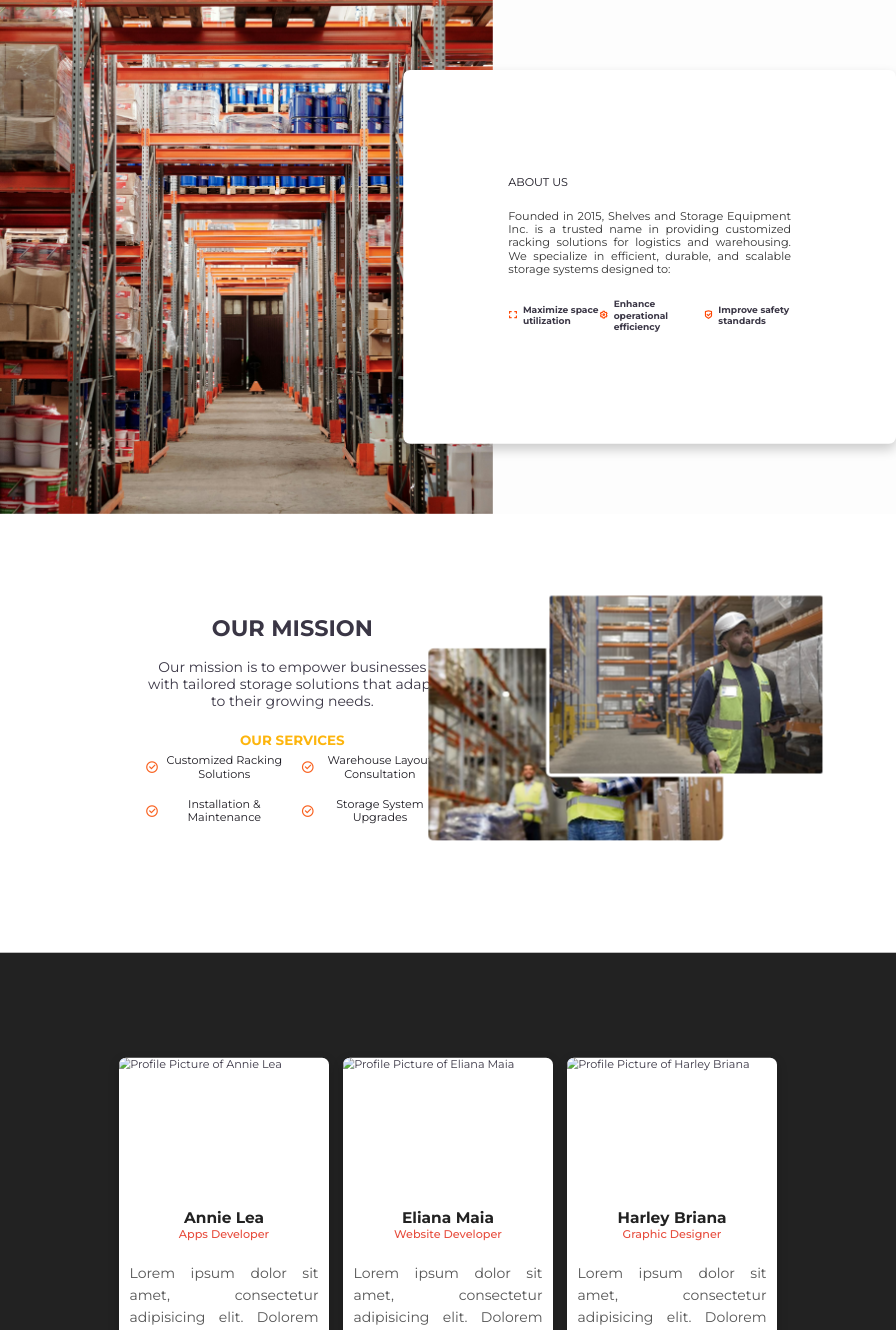
Repository: jahatesu/shelves-and-storage-equipment
Page: index.html
The author's editor kept a copy of each file at every save. The page is drawn from the files as they stood at one save, then again after the next save.
The browser window is 1280 px wide. The pictures show the part of the page from y = 720 to 2620 px (the page is 7721 px tall before and 7735 px after), at 70% of full size.
A picture or video elsewhere on the page could not be fetched, so the positions and the page height are approximate. Backgrounds fixed to the window are drawn as part of the page. Some web fonts or font styles are not loaded; a fallback is used. Some web libraries are served in a nearby version.

Above is the page before, as saved 2025-01-25 19:38:21.
Console error: TypeError: Cannot read properties of null (reading 'querySelector')

### index.html
<!DOCTYPE html>
<html lang="en">
<head>
    <meta charset="UTF-8">
    <meta name="viewport" content="width=device-width, initial-scale=1.0">
    <!-- Remix Icons -->
    <link rel="stylesheet" href="https://cdnjs.cloudflare.com/ajax/libs/remixicon/4.2.0/remixicon.css">
    <!-- Swiper CSS -->
    <link rel="stylesheet" href="assets\js\swiper-bundle.min.js" />
    <!-- CSS -->
    <link rel="stylesheet" href="style.css">
    <script src="https://cdnjs.cloudflare.com/ajax/libs/jquery/3.7.1/jquery.min.js"></script>
    <title>Shelves and Storage</title>
    <link rel="stylesheet" href="https://fonts.googleapis.com/css?family=Material+Symbols+Rounded&opsz,wght,FILL,GRAD@48,400,0,0" />
    <script  src="https://kit.fontawesome.com/64d58efce2.js" crossorigin="anonymous" ></script>
</head>

<body>

    <!-- Navigation Bar -->
    <header class="transparent">
        <div class="logo">
            <img src="assets\images\logo.png" alt="Shelves and Storage Logo">
        </div>

        <div class="navigation">
            <input type="checkbox" id="nav-checkbox">
            <label for="nav-checkbox" class="nav-toggle">
                <i class="ri-menu-fill"></i>
            </label>

            <ul class="nav-menu">
                <li><a href="#">Home</a></li>
                <li><a href="#">About Us</a></li>
                <li><a href="#">Services</a></li>
                <li><a href="#">Products</a></li>
                <li><a href="#">Contact Us</a></li>
            </ul>
        </div>
    </header>

    <!-- Hero Section -->
    <div class="hero">
        <h1 class="animate__animated animate__fadeInDown">Shelves and Storage Equipment</h1>
        <h3 class="animate__animated animate__fadeInUp">Storage and Racking Expert</h3>
    </div>

    <!-- about -->

    <div class="about-section">
        <div class="inner-container">
            <h1>ABOUT US</h1>
            <p class="text">
                Founded in 2015, Shelves and Storage Equipment Inc. is a trusted name in providing customized racking solutions for logistics and warehousing. We specialize in efficient, durable, and scalable storage systems designed to:
            </p>
            <ul class="skills">
    <li><i class="ri-fullscreen-line"></i> Maximize space utilization</li>
    <li><i class="ri-settings-3-line"></i> Enhance operational efficiency</li>
    <li><i class="ri-shield-check-line"></i> Improve safety standards</li>
</ul>
        </div>
    </div>

<!-- About Section -->
<section class="about section" id="about">
    <div class="about_container container grid">
        <div class="about_data">
            <h2 class="section_title">OUR MISSION</h2>
            <p class="about_description">
                Our mission is to empower businesses with tailored storage solutions that adapt to their growing needs.
            </p>
            <span class="section_subtitle">OUR SERVICES</span>
            <ul class="about_list grid">
                <li class="about_list-item">
                    <i class="ri-checkbox-circle-line"></i>
                    <span>Customized Racking Solutions</span>
                </li>
                <li class="about_list-item">
                    <i class="ri-checkbox-circle-line"></i>
                    <span>Warehouse Layout Consultation</span>
                </li>
                <li class="about_list-item">
                    <i class="ri-checkbox-circle-line"></i>
                    <span>Installation & Maintenance
                    </span>
                </li>
                <li class="about_list-item">
                    <i class="ri-checkbox-circle-line"></i>
                    <span>Storage System Upgrades
                    </span>
                </li>
            </ul>
        </div>
        <div class="about_images">
            <img src="assets/images/about_img1.png" alt="image" class="about_img1">
            <img src="assets/images/about_img2.png" alt="image" class="about_img2">
        </div>
    </div>
</section>

<!-- Services Section -->
<div class="services-container">
    <div class="service-card">
      <div class="card-image">
        <img src="#" alt="Profile Picture of Annie Lea">
      </div>
      <div class="card-header">
        <h3 class="name">Annie Lea</h3>
        <p class="role">Apps Developer</p>
      </div>
      <div class="card-content">
        <p>Lorem ipsum dolor sit amet, consectetur adipisicing elit. Dolorem quaerat iusto adipisci reprehenderit quasi cum perspiciatis, minima reiciendis magni quam!</p>
      </div>
    </div>
    <div class="service-card">
      <div class="card-image">
        <img src="#" alt="Profile Picture of Eliana Maia">
      </div>
      <div class="card-header">
        <h3 class="name">Eliana Maia</h3>
        <p class="role">Website Developer</p>
      </div>
      <div class="card-content">
        <p>Lorem ipsum dolor sit amet, consectetur adipisicing elit. Dolorem quaerat iusto adipisci reprehenderit quasi cum perspiciatis, minima reiciendis magni quam!</p>
      </div>
    </div>
    <div class="service-card">
      <div class="card-image">
        <img src="#" alt="Profile Picture of Harley Briana">
      </div>
      <div class="card-header">
        <h3 class="name">Harley Briana</h3>
        <p class="role">Graphic Designer</p>
      </div>
      <div class="card-content">
        <p>Lorem ipsum dolor sit amet, consectetur adipisicing elit. Dolorem quaerat iusto adipisci reprehenderit quasi cum perspiciatis, minima reiciendis magni quam!</p>
      </div>
    </div>
  </div>

<!-- what we offer -->
<section class="services section" id="services">
    <div class="services_container container grid">
        <div class="services_data">
            <div>
                <span class="section_subtitle">WHAT WE OFFER</span>
                <h2 class="section_title">Heavy and Light Duty Racks System</h2>
            </div>
        </div>
        <div class="services_grid">
            <article class="services_card">
                <div class="services_icon">
                    <img src="/assets/images/driveInRack.jpg" alt="Drive in Rack">
                </div>
                <h3 class="services_title">Drive in Rack</h3>
                <p>
                    Forklifts drive into storage lanes, reducing aisle space. Perfect for bulk storage.
                </p>
            </article>
            <article class="services_card">
                <div class="services_icon">
                    <img src="assets/images/cantileverRack.jpg" alt="Cantilever Rack">
                </div>
                <h3 class="services_title">Cantilever Rack</h3>
                <p>
                    Ideal for long, bulky items. Easy loading and unloading, maximizes space. Available in single or double-sided options.
                </p>
            </article>
            <article class="services_card">
                <div class="services_icon">
                    <img src="assets/images/mezzanineFloorRack.jpg" alt="Mezzanine Floor">
                </div>
                <h3 class="services_title">Mezzanine Floor</h3>
                <p>
                    Cost-effective, customizable, and durable. Ideal for storage, offices, or production areas.
                </p>
            </article>
            <article class="services_card">
                <div class="services_icon">
                    <img src="assets/images/radioShuttle.jpeg" alt="Radio Shuttle">
                </div>
                <h3 class="services_title">Radio Shuttle Racking</h3>
                <p>
                    Optimize warehouse space and efficiency. Semi-automated, high-density storage. Fast pallet handling, both FIFO and LIFO.
                </p>
            </article>
        </div>
    </div>
</section>

<!-- products -->
<section class="projects section" id="projects">
    <h2 class="section_title_products">Our Products</h2>
    <div class="projects_container container grid">
        <article class="projects_card">
            <img src="assets/images/narrowAisle.jpg" alt="Narrow Aisle Pallet Racking" class="projects_img">
            <div class="projects_data">
                <h2 class="projects_title">Narrow Aisle Pallet Racking</h2>
            </div>
        </article>
        <article class="projects_card">
            <img src="assets/images/doubleDeep.jpg" alt="Double Deep Pallet Racking" class="projects_img">
            <div class="projects_data">
                <h2 class="projects_title">Double Deep Pallet Racking</h2>
            </div>
        </article>
        <article class="projects_card">
            <img src="assets/images/lightDuty.webp" alt="Light Duty Shelves" class="projects_img">
            <div class="projects_data">
                <h2 class="projects_title">Light Duty Shelves</h2>
            </div>
        </article>
        <article class="projects_card">
            <img src="assets/images/boltLess.webp" alt="Boltless Racks" class="projects_img">
            <div class="projects_data">
                <h2 class="projects_title">Boltless Racks</h2>
            </div>
        </article>
        <article class="projects_card">
            <img src="assets/images/counterBalance.jpg" alt="Tailift Counter Balance" class="projects_img">
            <div class="projects_data">
                <h2 class="projects_title">Tailift Counter Balance</h2>
            </div>
        </article>
        <article class="projects_card">
            <img src="assets/images/reachTruck.jpg" alt="Tailift Reach Truck" class="projects_img">
            <div class="projects_data">
                <h2 class="projects_title">Tailift Reach Truck</h2>
            </div>
        </article>
        <article class="projects_card">
            <img src="assets/images/palletRack.webp" alt="Pallet Rack" class="projects_img">
            <div class="projects_data">
                <h2 class="projects_title">Pallet Rack</h2>
            </div>
        </article>
        <article class="projects_card">
            <img src="assets/images/slottedRack.webp" alt="Slotted Rack" class="projects_img">
            <div class="projects_data">
                <h2 class="projects_title">Slotted Rack</h2>
            </div>
        </article>
        <article class="projects_card">
            <img src="assets/images/smRack.webp" alt="Supermarket Rack" class="projects_img">
            <div class="projects_data">
                <h2 class="projects_title">Supermarket Rack</h2>
            </div>
        </article>
        <article class="projects_card">
            <img src="assets/images/shoppingTrolley.jpg" alt="Shopping Trolley" class="projects_img">
            <div class="projects_data">
                <h2 class="projects_title">Shopping Trolley</h2>
            </div>
        </article>
        <article class="projects_card">
            <img src="assets/images/shoppingBasket.jpg" alt="Shopping Basket" class="projects_img">
            <div class="projects_data">
                <h2 class="projects_title">Shopping Basket</h2>
            </div>
        </article>
        <article class="projects_card">
            <img src="assets/images/binBoxes.jpg" alt="Bin Boxes" class="projects_img">
            <div class="projects_data">
                <h2 class="projects_title">Bin Boxes</h2>
            </div>
        </article>
        <article class="projects_card">
            <img src="assets/images/shelving.jpeg" alt="Shelving" class="projects_img">
            <div class="projects_data">
                <h2 class="projects_title">Shelving</h2>
            </div>
        </article>
        <article class="projects_card">
            <img src="assets/images/handPallet.webp" alt="Hand Pallet" class="projects_img">
            <div class="projects_data">
                <h2 class="projects_title">Hand Pallet</h2>
            </div>
        </article>
    </div>
</section>

<!-- contacts -->
<div class="container_contact">
    <span class="big-circle"></span>
    <img src="img/shape.png" class="square" alt="" />
    <div class="form">
      <div class="contact-info">
        <h3 class="title">Let's get in touch</h3>
        <p class="text">
          Lorem ipsum dolor sit amet consectetur adipisicing elit. Saepe
          dolorum adipisci recusandae praesentium dicta!
        </p>

        <div class="info">
          <div class="information">
            <img src="img/location.png" class="icon" alt="" />
            <p>Manila - Philippines</p>
          </div>
          <div class="information">
            <img src="img/email.png" class="icon" alt="" />
            <p>shelvesandstorage.ph@gmail.com<br>
                sseisales3@gmail.com</p>
          </div>
          <div class="information">
            <img src="img/phone.png" class="icon" alt="" />
            <p>0966 750 5869<br>
                (02) 8637 3371</p>
          </div>
        </div>

        <div class="social-media">
          <p>Connect with us :</p>
          <div class="social-icons">
            <a href="#">
              <i class="fab fa-facebook-f"></i>
            </a>
            <a href="#">
              <i class="fab fa-twitter"></i>
            </a>
            <a href="#">
              <i class="fab fa-instagram"></i>
            </a>
            <a href="#">
              <i class="fab fa-linkedin-in"></i>
            </a>
          </div>
        </div>
      </div>

      <div class="contact-form">
        <span class="circle one"></span>
        <span class="circle two"></span>

        <form action="index.html" autocomplete="off">
          <h3 class="title">Contact us</h3>
          <div class="input-container">
            <input type="text" name="name" class="input" />
            <label for="">Username</label>
            <span>Username</span>
          </div>
          <div class="input-container">
            <input type="email" name="email" class="input" />
            <label for="">Email</label>
            <span>Email</span>
          </div>
          <div class="input-container">
            <input type="tel" name="phone" class="input" />
            <label for="">Phone</label>
            <span>Phone</span>
          </div>
          <div class="input-container textarea">
            <textarea name="message" class="input"></textarea>
            <label for="">Message</label>
            <span>Message</span>
          </div>
          <input type="submit" value="Send" class="btn" />
        </form>
      </div>
    </div>
  </div>

  <!-- footer -->
  <footer class="footer">
    <div class="footer_container container grid">
        <div>
            <a href="#" class="footer_logo">
                <img src="assets\images\footerLogo.png" alt="footer logo">
            </a>

            <p class="footer_description">Storage and Racking Expert</p>

            <address class="footer_email">Email: shelvesandstorage.ph@gmail.com</address>
        </div>

        <div class="footer_content grid">
            <div>
                <h3 class="footer_title">Company</h3>
                <ul class="footer_links">
                    <li>
                        <a href="#about" class="footer_link">About Us</a>
                    </li>

                    <li>
                        <a href="#services" class="footer_link">Services</a>
                    </li>

                    <li>
                        <a href="#projects" class="footer_link">Projects</a>
                    </li>
                </ul>
        </div>

        <div>
            <h3 class="footer_title">Information</h3>
            <ul class="footer_list">
                <li>
                    <address class="footer_info">Manila - Philippines</address>
                </li>

                <li>
                </li>

            </ul>
    </div>

    <div>
        <h3 class="footer_title">Social Media</h3>

        <div class="footer_social">
            <a href="#" target="_blank" class="footer_social-link">
                <i class="ri-facebook-circle-line"></i>
            </a>

            <a href="#" target="_blank" class="footer_social-link">
                <i class="ri-instagram-line"></i>
            </a>

            <a href="#" target="_blank" class="footer_social-link">
                <i class="ri-twitter-x-line"></i>
            </a>
        </div>
</div>

    </div>

    <span class="footer_copy">

    </span>
</footer>

<script src="main.js">
</script>

</body>
</html>

Loaded but not shown: assets/js/swiper-bundle.min.js (library); main.js (103 lines, source omitted); style.css (1391 lines, source omitted)

After the next save:
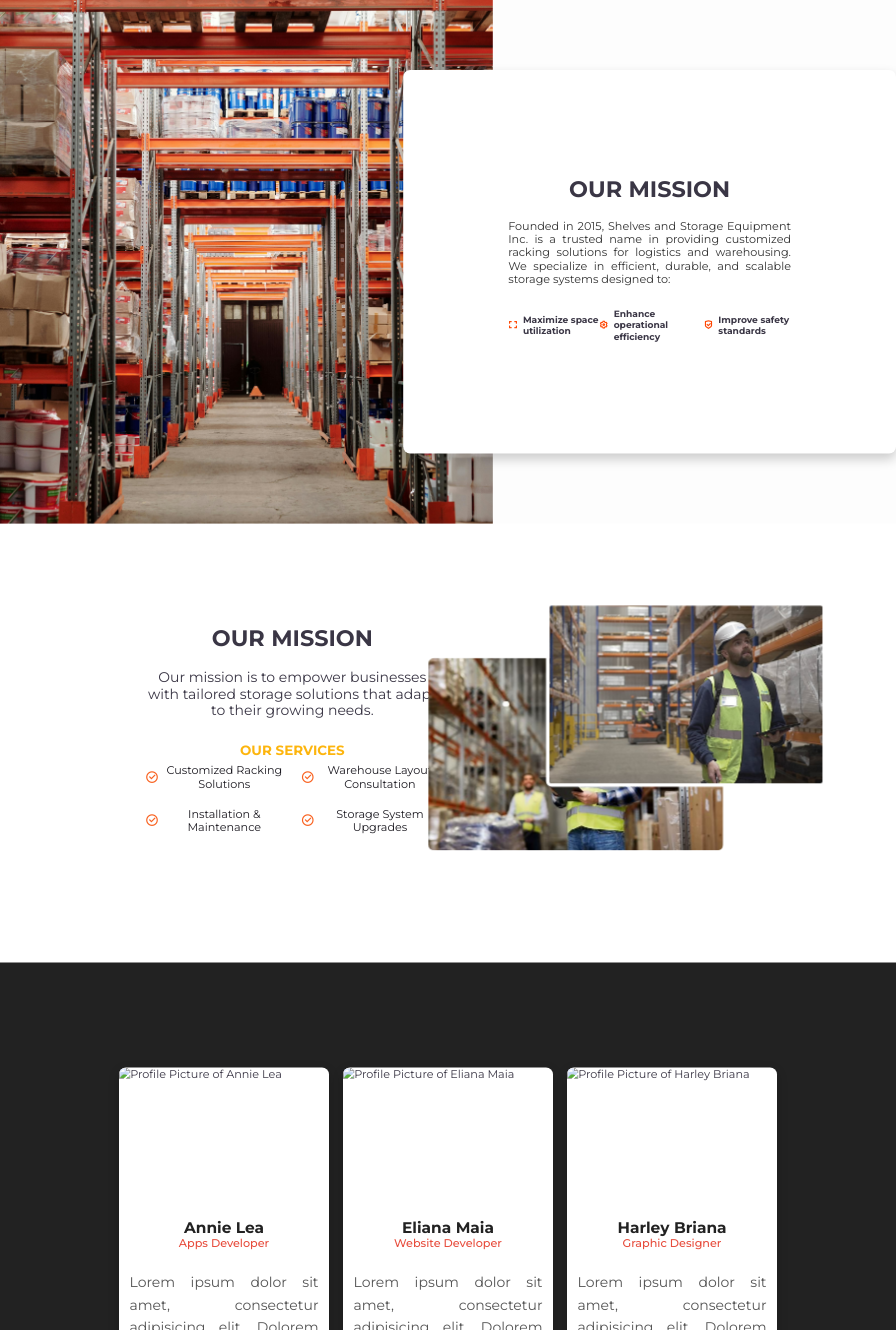
Saved 38 s later.
--- a/index.html
+++ b/index.html
@@ -49,7 +49,7 @@
 
     <div class="about-section">
         <div class="inner-container">
-            <h1>ABOUT US</h1>
+            <h2 class="section_title">OUR MISSION</h2>
             <p class="text">
                 Founded in 2015, Shelves and Storage Equipment Inc. is a trusted name in providing customized racking solutions for logistics and warehousing. We specialize in efficient, durable, and scalable storage systems designed to:
             </p>
